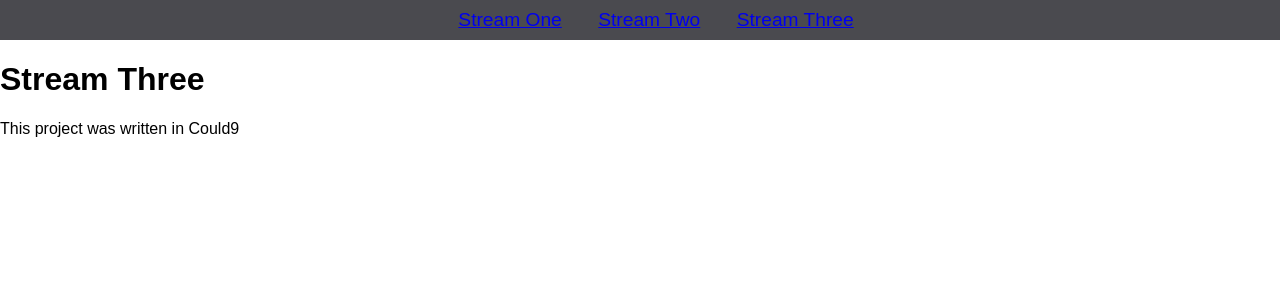
Repository: tenerim/my-first-website
Page: stream-three.html
The author's editor kept a record of every edit. The page is drawn from the files as they stood at one moment, then again after the next edit.
The browser window is 1280 px wide. The pictures show the whole page.

Above is the page before.

### stream-three.html
<html>
    <head>
        <title>Hello World</title>
                <link rel="stylesheet" href="css/style.css" type="text/css" />
    </head>
    <body>
        <nav>
            <ul>
                <li><a href="index.html">Stream One</a></li>
                <li><a href="stream-two.html">Stream Two</a></li>
                <li><a href="stream-three.html">Stream Three</a></li>
            </ul>
        </nav>
        <h1>Stream Three</h1>
        <p>This project was written in Could9</p>
    </body>
</html>

### css/style.css
body {
    margin: 0;
    padding: 0;
    font-family: 'oswald', sans-serif;
}

nav ul {
    list-style: none;
    background-color: #4a4a4f;
    text-align: center;
    padding: 0;
}

nav li {
    font-size: 1.2em;
    line-height: 40px;
    height: 40px;
    display: inline-block;
    margin-left: 2.5%;
}

After the next edit:
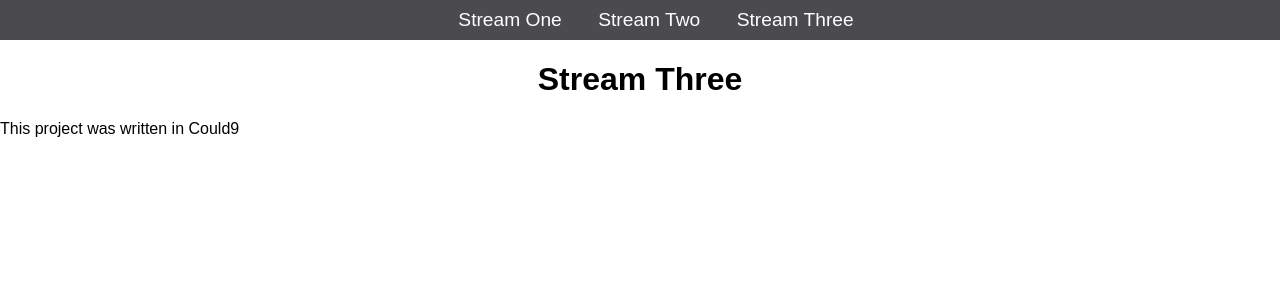
The edit:
--- a/css/style.css
+++ b/css/style.css
@@ -18,3 +18,32 @@ nav li {
     display: inline-block;
     margin-left: 2.5%;
 }
+
+nav a {
+    text-decoration: none;
+    color: #ffffff;
+    display: block;
+}
+
+nav a:hover {
+    background-color: #ffffff;
+    color: #4a4a4f;
+}
+
+.card {
+    float: left;
+    width: 20%;
+    margin-left: 10%;
+}
+
+.card a {
+    text-align: center;
+}
+
+img {
+    width: 100%;
+}
+
+h1 {
+    text-align: center;
+}
